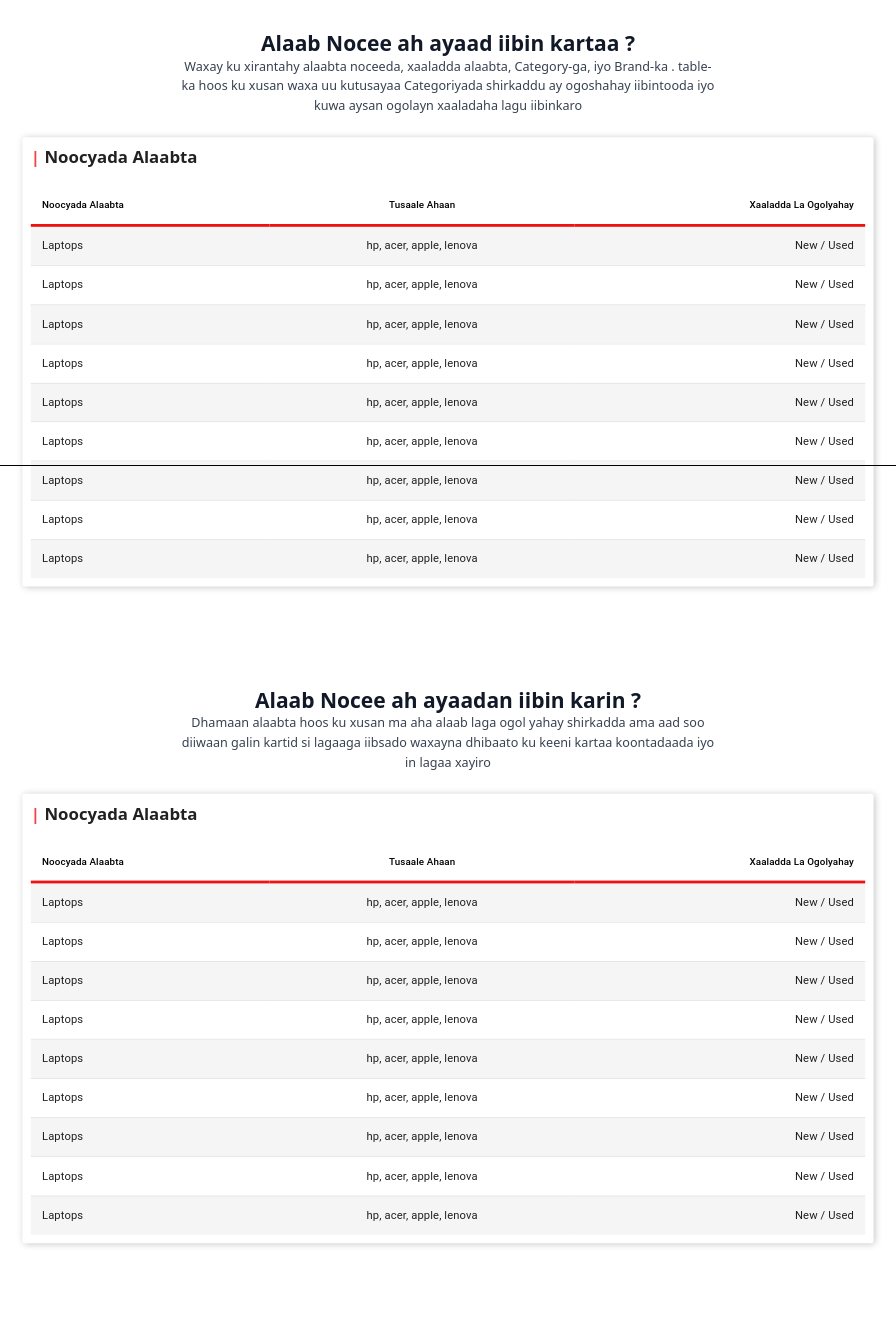
Repository: muraadso/Muraadso-Sellers
Page: /
These files come from the project's save history. The page is drawn as it stood at one moment and after the next save; the edit follows.
The browser window is 1280 px wide. The pictures show the part of the page from y = 2240 to 4160 px (the page is 4160 px tall), at 70% of full size.
The project was rebuilt for these pictures with package versions that can differ from the ones it lists, and the page was loaded fresh each time. The framework's server and built-in components were replaced by stand-ins that run in the browser. Also part of the build but not shown: next.config.js.

Above is the page before, as saved 2021-12-06 19:55:23.

### pages/_app.js
import '../styles/globals.css'
 import 'tailwindcss/tailwind.css'
import { Layout } from '../components/Layout'


function MyApp({ Component, pageProps }) {
  return (
    <Layout>
      <Component {...pageProps} />
    </Layout>
  )
}

export default MyApp

### pages/index.js
import Head from 'next/head'
import Image from 'next/image'
import Hero from '../components/Hero'
import About from '../components/About'
import Howtoreg from '../components/Howtoreg'
import styles from '../styles/Home.module.css'
import { How } from '../components/How'


export default function Home() {
  return (
    <div className={styles.container}>
      <Head>
        <title>Muraadso Sellers</title>
        <meta name="description" content="Generated by create next app" />
        <link rel="icon" href="/favicon.ico" />
      </Head>
      <Hero />
      <About />
      <How />
      <Howtoreg />
    </div>
  )
}

### styles/globals.css
@import url('https://fonts.googleapis.com/css2?family=Lato:ital,wght@0,300;0,400;0,700;0,900;1,700&family=Poppins:wght@200;300;400;500;600;700&display=swap');
html,
body {
  padding: 0;
  margin: 0;
}

a {
  color: inherit;
  text-decoration: none;
}

* {
  box-sizing: border-box;
}


.navbar {
  box-shadow: 2px 1px 7px rgba(0, 0, 0, 0.226);
  font-family: 'Poppins', sans-serif  ;
  font-weight: 500;

}
  .logo{
    font-family: 'Lato', sans-serif;
    font-weight: 700;
    color: rgb(233, 59, 59);
    font-size: 20px ;
  }
  .how-card{
    position: relative;
    box-shadow: 0 2px 10px rgba(0, 0, 0, 0.336) ;
  }





@media screen and  (max-width: 768px){
  .nav{
    padding-top: 40px;
    display: flex;
    flex-direction: column;

  }

  .how-card{
  margin-bottom: 25px;
}

.tablle{
  margin-bottom: 90px;
}
.tablle2{

}

}




@tailwind base;
@tailwind components;
@tailwind utilities

### components/Layout.js
import Navbar from "./Navbar"
import Footer from "./Footer"

export const Layout = ({children}) => {
    return (
        <div className="layout">
            <Navbar />
                {children}
            <Footer />



        </div>
    )
}

### components/Hero.jsx
const Hero = () => {
    return (
        <div className="md:grid-cols-2 md:grid md:mt-11 hero">
                <div className="md:px-16 md:py-36 py-11 herotxt">
                    <h6 className="px-2 font-medium text-gray-500">ku iibi muraadso</h6>
                    <h1 className="my-5 text-3xl font-bold text-gray-800 capitalize md:font-bold md:text-gray-800 md:capitalize lg:text-6xl">sidee ugu iibin krtaa <br /> alaabtaada <span  className="text-red-600 md:text-red-600">muraadso</span></h1>

                    <p className="text-gray-700 md:text-left">
                         Whether you’ve already got an established e-commerce business , a great idea for a new product, or you just have a passion for selling, here’s how to take that next step with Muraadso </p>
                </div>

                <div className="heroimg">
                    <img className="w-4/4 "  src="/images/heroimage.png" alt="heroimage" />
                </div>
        </div>
    )
}

export default Hero

### components/About.jsx

const About = () => {
    return (
        <div className="mt-32">
            <h1 className="text-3xl font-bold text-center">Ku Iibso Muraadso</h1>
            <div className="gap-0 md:px-16 md:grid-cols-2 md:grid about-content">
                <div className="mt-12 aboutimg">
                  <img src="/images/aboutimage.png" className="md:h-96" alt="about image" />
                </div>
                <div className="md:mt-20 mt-11 about-text">
                    <p className="text-xl text-justify">
                        Muraadso waa hogaanka suuqa casriga ee online waana suuq aad ku iibin kartid alaabtaada, ahaw ganacsade alaabta sameeya, mid soo dajiya, si fudud ayaad ugu iibin kartaa suuqa casriga muraadso, sidoo kale ka mid noqo ganacsiyada shabakada internet ku iibiya alaabaha adiga oon ku kharash badan galin, kana faa’idaysanaya khubarada team ka muraadso helayana tobabaro iyo caawimo sidaad ugu iibin lahayd muraadso dhexdeeda Ku dhex iibta muraadso waa wax fudud sidoo kalena kharash yari kaaga bixi karo ama wax kharash ahi kaa baxayn, kaliya waxa lagaaga bahanyay in aad is diwaan galisid, kuna gurtid alaabta aad haysid online shirkada sidaana aad ku bilawdid iibka alaabtaada....<span className="text-red-600">Read More</span>
                    </p>
                </div>


            </div>
        </div>
    )
}

export default About

### components/Howtoreg.jsx
import * as React from 'react';
import { styled } from '@mui/material/styles';
import Table from '@mui/material/Table';
import TableBody from '@mui/material/TableBody';
import TableCell, { tableCellClasses } from '@mui/material/TableCell';
import TableContainer from '@mui/material/TableContainer';
import TableHead from '@mui/material/TableHead';
import TableRow from '@mui/material/TableRow';
import Paper from '@mui/material/Paper';

const StyledTableCell = styled(TableCell)(({ theme }) => ({

  [`&.${tableCellClasses.head}`]: {
    backgroundColor: theme.palette.common.white,
    color: theme.palette.common.black,
    borderBottom: '4px solid rgb(240, 17, 17)' ,
    fontSize: '',

  },
  [`&.${tableCellClasses.body}`]: {
    fontSize: 16,
  },
}));

const StyledTableRow = styled(TableRow)(({ theme }) => ({
  '&:nth-of-type(odd)': {
    backgroundColor: theme.palette.action.hover,


  },
  // hide last border
  '&:last-child td, &:last-child th': {
    border: 0,
  },
}));





function createData(noocaAlaabta, tusaale, xaaladda) {
  return { noocaAlaabta, tusaale, xaaladda };
}

const rows = [
  createData('Laptops', 'hp, acer, apple, lenova ', 'New / Used'),
  createData('Laptops', 'hp, acer, apple, lenova ', 'New / Used'),
  createData('Laptops', 'hp, acer, apple, lenova ', 'New / Used'),
  createData('Laptops', 'hp, acer, apple, lenova ', 'New / Used'),
  createData('Laptops', 'hp, acer, apple, lenova ', 'New / Used'),
  createData('Laptops', 'hp, acer, apple, lenova ', 'New / Used'),
  createData('Laptops', 'hp, acer, apple, lenova ', 'New / Used'),
  createData('Laptops', 'hp, acer, apple, lenova ', 'New / Used'),
  createData('Laptops', 'hp, acer, apple, lenova ', 'New / Used'),

];

export default function Howtoreg() {
  return (
      <>
    <div className="flex flex-col items-center justify-center tablle mb-36">
                <h1 className="text-xl font-bold text-center text-gray-900 md:text-3xl">Alaab Nocee ah ayaad iibin kartaa ?</h1>
                <p className="max-w-3xl mb-8 text-sm text-center text-gray-700 md:text-lg">Waxay ku xirantahy alaabta noceeda, xaaladda alaabta, Category-ga, iyo Brand-ka .
                table-ka hoos ku xusan waxa uu kutusayaa Categoriyada shirkaddu ay ogoshahay iibintooda
                iyo kuwa aysan ogolayn xaaladaha lagu iibinkaro </p>

            <TableContainer className="" component={Paper} sx={{ padding: "12px", maxWidth: 1400, boxShadow: '2px 1px 11px rgba(0, 0, 0, 0.226)' }}>
        <h1 className="mb-6 text-2xl font-bold "> <span className="font-black text-red-500 ">|</span> Noocyada Alaabta</h1>
      <Table sx={{ minWidth: 700 }} aria-label="customized table">
        <TableHead>
          <TableRow>
            <StyledTableCell>Noocyada Alaabta</StyledTableCell>
            <StyledTableCell align="center"> Tusaale Ahaan</StyledTableCell>
            <StyledTableCell align="right">Xaaladda La Ogolyahay</StyledTableCell>
          </TableRow>
        </TableHead>
        <TableBody>
          {rows.map((row) => (
            <StyledTableRow key={row.noocaAlaabta} sx={{backgroundColor: 'white'}}>
              <StyledTableCell component="th" scope="row">
                {row.noocaAlaabta}
              </StyledTableCell>
              <StyledTableCell   align="center">{row.tusaale}</StyledTableCell>
              <StyledTableCell align="right">{row.xaaladda}</StyledTableCell>
            </StyledTableRow>
          ))}
        </TableBody>
      </Table>
    </TableContainer>

    </div>

    <div className="flex flex-col items-center justify-center tablle2 mb-36">
            <h1 className="text-xl font-bold text-center text-gray-900 md:text-3xl">Alaab Nocee ah ayaadan iibin karin ?</h1>
            <p className="max-w-3xl mb-8 text-sm text-center text-gray-700 md:text-lg">Dhamaan alaabta hoos ku xusan ma aha alaab laga ogol yahay shirkadda
                ama aad soo diiwaan galin kartid si lagaaga iibsado waxayna dhibaato
                ku keeni kartaa koontadaada iyo in lagaa xayiro</p>

            <TableContainer className="" component={Paper} sx={{ padding: "12px", maxWidth: 1400, boxShadow: '2px 1px 11px rgba(0, 0, 0, 0.226)' }}>
                        <h1 className="mb-6 text-2xl font-bold"> <span className="font-black text-red-500 ">|</span> Noocyada Alaabta</h1>
      <Table sx={{ minWidth: 700 }} aria-label="customized table">
        <TableHead className="" >
          <TableRow className="">
            <StyledTableCell>Noocyada Alaabta</StyledTableCell>
            <StyledTableCell align="center"> Tusaale Ahaan</StyledTableCell>
            <StyledTableCell align="right">Xaaladda La Ogolyahay</StyledTableCell>
          </TableRow>
        </TableHead>
        <TableBody>
          {rows.map((row) => (
            <StyledTableRow key={row.noocaAlaabta} sx={{backgroundColor: 'white'}}>
              <StyledTableCell  component="th" scope="row">
                {row.noocaAlaabta}
              </StyledTableCell>
              <StyledTableCell   align="center">{row.tusaale}</StyledTableCell>
              <StyledTableCell align="right">{row.xaaladda}</StyledTableCell>
            </StyledTableRow>
          ))}
        </TableBody>
      </Table>
    </TableContainer>

    </div>

     </>
  );
}

### components/How.jsx
export const How = () => {
    return (
        <div className="flex flex-col items-center justify-center mt-32 mb-24 how md:gap-y-4 gap-y-11">
            <div className="howheader">
            <h2 className="text-4xl font-bold text-center">Sidee u shaqaysaa</h2>
            <p className="mt-2 text-lg text-center text-gray-600">habka uu ushaqeeyo adeegan waa sidatan hoos ku xusan</p>
            </div>
            <div className="h-full md:p-16 md:gap-4 gap-72 md:grid-cols-4 md:grid howsteps">

                <div className="relative max-h-full p-6 bg-white border-4 border-red-400 rounded how-card ">
                    <div className="flex items-center justify-center my-4 card-icon ">
                        <img  src="./icons/register.png" alt="register" />

                    </div>
                    <div className="mb-4 text-xl text-center text-gray-800 cardbody">
                        Macmiil iska diiwaan geli adeega, 24h kadib waxad helaysa fariin ah in lagu aqbalay
                    </div>
                    <div className="absolute flex items-center justify-center w-10 h-10 font-bold text-red-500 bg-white border-2 border-red-500 rounded-full md:left-36 -bottom-5 md:left-40 left-36 place-content-center card-number"> <h2>1</h2></div>
                </div>


                <div className="relative max-h-full p-6 bg-white border-4 border-red-400 rounded how-card ">
                    <div className="flex items-center justify-center my-4 card-icon ">
                        <img className="h-24"  src="./icons/features.png" alt="register" />
                    </div>
                    <div className="mb-4 text-xl text-center text-gray-800 cardbody">
                        Macmiil iska diiwaan geli adeega, 24h kadib waxad helaysa fariin ah in lagu aqbalay
                    </div>
                    <div className="absolute flex items-center justify-center w-10 h-10 font-bold text-red-500 bg-white border-2 border-red-500 rounded-full md:left-36 -bottom-5 md:left-40 left-36 place-content-center card-number"> <h2>2</h2></div>
                </div>




                <div className="relative max-h-full p-6 bg-white border-4 border-red-400 rounded how-card ">
                    <div className="flex items-center justify-center my-4 card-icon ">
                        <img className="h-24"  src="./icons/verified.png" alt="register" />

                    </div>
                    <div className="mb-4 text-xl text-center text-gray-800 cardbody">
                        Macmiil iska diiwaan geli adeega, 24h kadib waxad helaysa fariin ah in lagu aqbalay
                    </div>
                    <div className="absolute flex items-center justify-center w-10 h-10 font-bold text-red-500 bg-white border-2 border-red-500 rounded-full md:left-36 -bottom-5 md:left-40 left-36 place-content-center card-number"> <h2>3</h2></div>
                </div>


                <div className="relative max-h-full p-6 bg-white border-4 border-red-400 rounded how-card ">
                    <div className="flex items-center justify-center my-4 card-icon ">
                        <img className="h-24"  src="./icons/givemoney.png" alt="register" />

                    </div>
                    <div className="mb-4 text-xl text-center text-gray-800 cardbody">
                        Macmiil iska diiwaan geli adeega, 24h kadib waxad helaysa fariin ah in lagu aqbalay
                    </div>
                    <div className="absolute flex items-center justify-center w-10 h-10 font-bold text-red-500 bg-white border-2 border-red-500 rounded-full md:left-36 -bottom-5 md:left-40 left-36 place-content-center card-number"> <h2>4</h2></div>
                </div>

            </div>
            <p className="text-center text-gray-800">Wixii faahfaahin ah waxaad kala xiriiri kartaa lambaradan hoos kuugu xusan</p>
            <a className="font-medium text-red-600" href="#">+252 63 3333471</a>

        </div>
    )
}

### components/Navbar.jsx
import React, { useState } from "react";
import { HiOutlineMenuAlt2, HiOutlineMenuAlt3 } from "react-icons/hi";



export default function Navbar() {
  const [showNav, setShowNav] = useState(false);

  return (
    <nav className="sticky top-0 z-20 items-center justify-between bg-white px-14 md:px-24 md:py-3 navbar md:flex">
      <div className="flex items-center justify-between">
        <a href="#">
          <h2>Muraadso</h2>
        </a>


        {showNav ? (
          <HiOutlineMenuAlt3
            onClick={() => setShowNav(!showNav)}
            className="block w-10 h-10 p-2 cursor-pointer md:hidden" />

        ) : (
          <HiOutlineMenuAlt2
            onClick={() => setShowNav(!showNav)}
            className="block w-10 h-10 p-2 cursor-pointer md:hidden"
          />
        )}
      </div>

      <ul
        className={
          (showNav ? "left-0" : "-left-full") +
          " md:static fixed bottom-0 md:ml-24 top-14 md:flex md:space-x-6 items-center md:bg-transparent bg-red-300 rounded md:rounded-none md:bg-white bg-opacity-90 md:w-auto w-10/12 md:text-gray-800 text-gray-800  md:space-y-0 space-y-5 p-2 transition-left nav"
        }
      >
        <a href="#"> Home</a>
        <a href="#"> About</a>
        <a href="#"> Doc</a>
        <a href="#"> Contact Us</a>
      <a className="px-4 py-2 text-white bg-red-600 rounded" href="">Signup</a>
      </ul>
    </nav>
  );
}

























// const Navbar = () => {
//     return (
//         <div>
//      <div className="sticky top-0 z-20 items-center justify-between bg-white md:flex navbar">
//          <a className="logo" href="#">Muraadso</a>
//          <nav className="fixed bottom-0 items-center w-10/12 p-2 space-y-5 text-white bg-gray-500 md:static top-12 md:flex md:space-x-7 md:bg-transparent bg-opacity-90 md:w-auto md:text-gray-500 md:space-y-0 transition-left nav">
//              <a className="hover:text-red-600" href="">Home</a>
//              <a className="hover:text-red-600" href="">About</a>
//              <a className="hover:text-red-600" href="">Doc</a>
//              <a className="hover:text-red-600" href="">Contact Us</a>
//          </nav>
//          <a href="#" className="px-4 py-2 text-white bg-red-600 rounded hover:bg-red-700 signup ">Signup</a>
//      </div>

//         </div>
//     )
// }

// export default Navbar

### components/Footer.jsx
const Footer = () => {
    return (
        <div>
        </div>
    )
}

export default Footer

### tailwind.config.js
module.exports = {
   purge: ['./pages/**/*.{js,ts,jsx,tsx}', './components/**/*.{js,ts,jsx,tsx}'],
  darkMode: false, // or 'media' or 'class'
  theme: {
    extend: {
      transitionProperty: {
         'left': 'left',
        }
    },

  },
  variants: {
    extend: {},
  },
  plugins: [],
}

Loaded but not shown: styles/Home.module.css (common file)

After the next save:
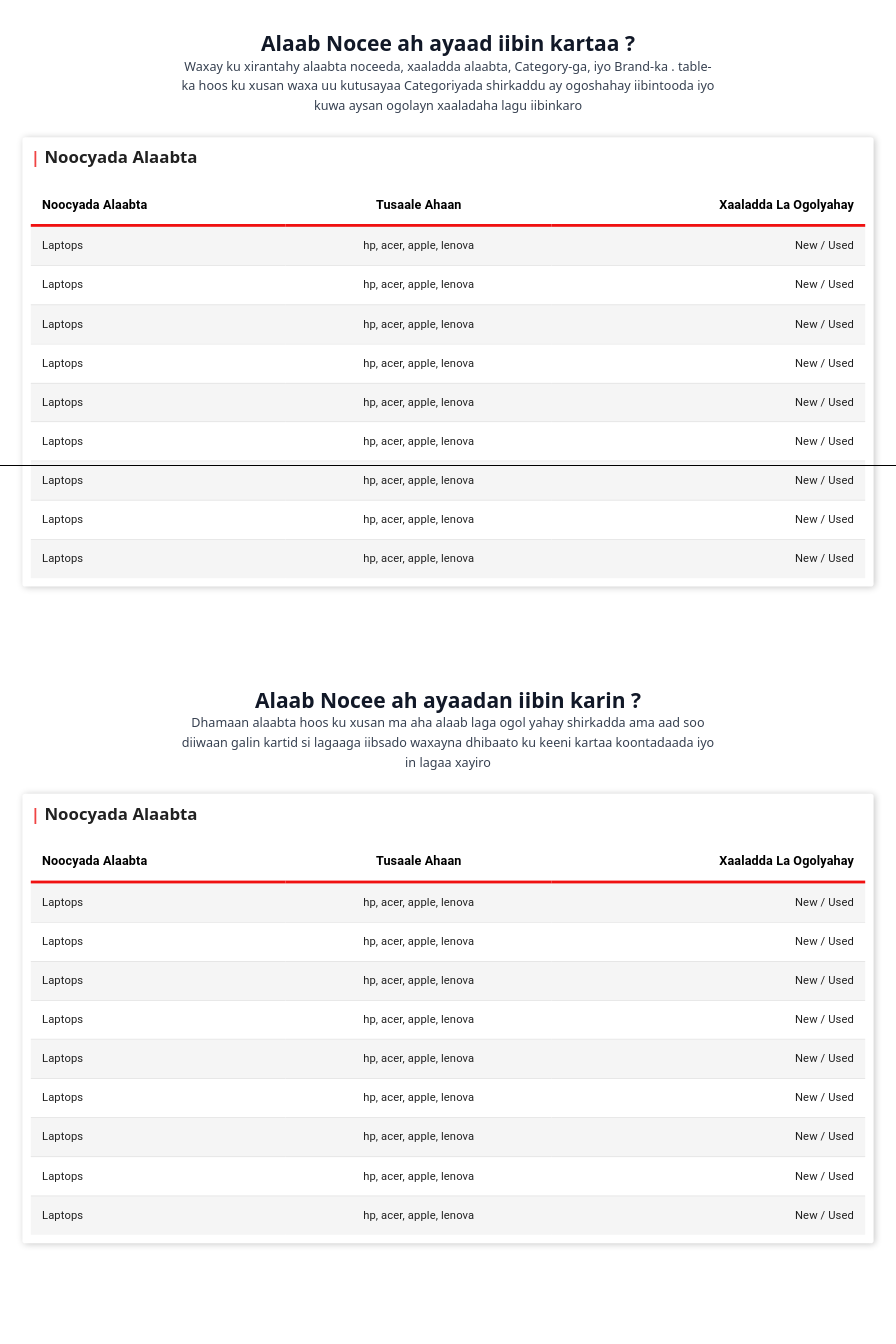
Saved 16 s later.
--- a/components/Howtoreg.jsx
+++ b/components/Howtoreg.jsx
@@ -14,7 +14,8 @@ const StyledTableCell = styled(TableCell)(({ theme }) => ({
     backgroundColor: theme.palette.common.white,
     color: theme.palette.common.black,
     borderBottom: '4px solid rgb(240, 17, 17)' ,
-    fontSize: '',
+    fontSize: '18px',
+    fontWeight: 'bold',
 
   },
   [`&.${tableCellClasses.body}`]: {
